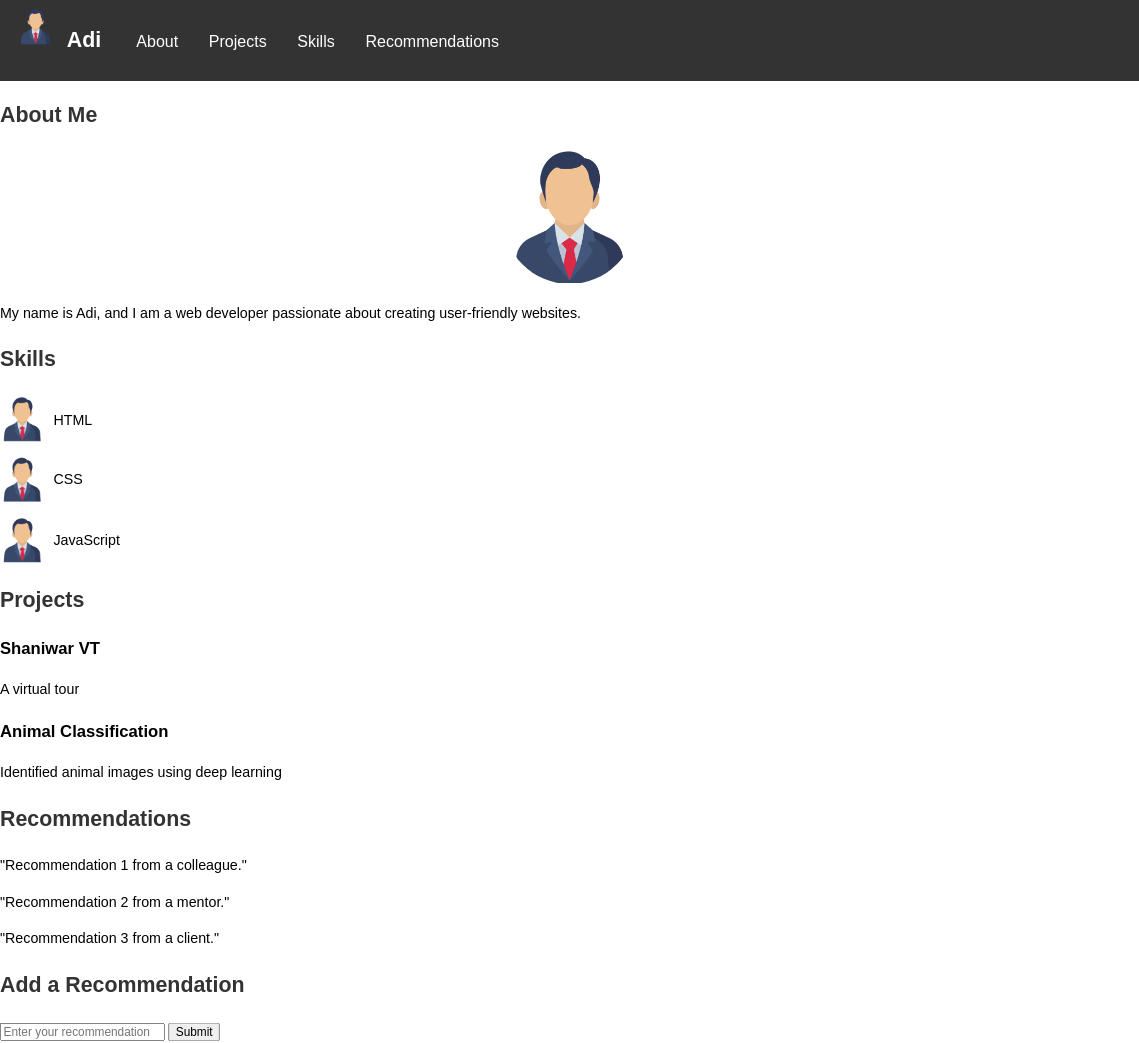
Repository: adityashirsath2003/forkrepo
Page: index.html
The author's editor kept a copy of each file at every save. The page is drawn from the files as they stood at one save, then again after the next save.
The browser window is 1280 px wide. The pictures show the whole page, at 89% of full size.

Above is the page before, as saved 2024-10-23 15:47:59.

### index.html
<!DOCTYPE html>
<html lang="en">
<head>
    <meta charset="UTF-8">
    <meta name="viewport" content="width=device-width, initial-scale=1.0">
    <title>Your Portfolio</title>
    <link rel="stylesheet" href="styles.css">
</head>
<body>
    <header>
        <img src="images/manager.png" alt="Home Icon" class="home-icon">
        <h1 class="name">Adi</h1>
        <nav>
            <ul>
                <li><a href="#about">About</a></li>
                <li><a href="#projects">Projects</a></li>
                <li><a href="#skills">Skills</a></li>
                <li><a href="#recommendations">Recommendations</a></li>
            </ul>
        </nav>
    </header>

    <section id="about">
        <h2>About Me</h2>
        <img src="images/manager.png" alt="Profile Image" class="profile-pic">
        <p>My name is Adi, and I am a web developer passionate about creating user-friendly websites.</p>
    </section>

    <section id="skills">
        <h2>Skills</h2>
        <div class="skill">
            <img src="images/manager.png" alt="HTML Logo" class="skill-logo">
            <p>HTML</p>
        </div>
        <div class="skill">
            <img src="images/manager.png" alt="CSS Logo" class="skill-logo">
            <p>CSS</p>
        </div>
        <div class="skill">
            <img src="images/manager.png" alt="JavaScript Logo" class="skill-logo">
            <p>JavaScript</p>
        </div>
    </section>

    <section id="projects">
        <h2>Projects</h2>
        <div class="project">
            <h3>Shaniwar VT</h3>
            <p>A virtual tour</p>
        </div>
        <div class="project">
            <h3>Animal Classification</h3>
            <p>Identified animal images using deep learning</p>
        </div>
    </section>

    <section id="recommendations">
        <h2>Recommendations</h2>
        <div class="recommendation">
            <p>"Recommendation 1 from a colleague."</p>
        </div>
        <div class="recommendation">
            <p>"Recommendation 2 from a mentor."</p>
        </div>
        <div class="recommendation">
            <p>"Recommendation 3 from a client."</p>
        </div>
    </section>

    <section id="add-recommendation">
        <h2>Add a Recommendation</h2>
        <form id="recommendationForm">
            <input type="text" id="newRecommendation" placeholder="Enter your recommendation" required>
            <button type="submit">Submit</button>
        </form>
    </section>

    <script src="script.js"></script>
</body>
</html>

### styles.css
body {
    font-family: Arial, sans-serif;
    line-height: 1.6;
    margin: 0;
    padding: 0;
}

header {
    background: #333;
    color: #fff;
    padding: 10px 20px;
    position: relative;
}

.name {
    display: inline-block;
    font-size: 24px;
    font-weight: bold;
}

nav {
    display: inline-block;
    margin-left: 20px;
}

nav ul {
    list-style: none;
    padding: 0;
}

nav ul li {
    display: inline;
    margin: 0 15px;
}

nav ul li a {
    color: #fff;
    text-decoration: none;
    font-size: 18px;
}

nav ul li a:hover {
    color: #007BFF;
    text-decoration: underline;
    font-style: italic;
}

.profile-pic {
    width: 150px;
    border-radius: 50%;
    display: block;
    margin: 20px auto;
}

.skill {
    display: flex;
    align-items: center;
    margin: 10px 0;
}

.skill-logo {
    width: 50px;
    margin-right: 10px;
}

.project {
    margin: 10px 0;
}

.recommendation {
    margin: 10px 0;
}

.home-icon {
    width: 40px;
    float: left;
    margin-right: 15px;
}

h2 {
    color: #333;
}

### script.js
document.getElementById('recommendationForm').addEventListener('submit', function(e) {
    e.preventDefault();
    const newRec = document.getElementById('newRecommendation').value;
    if (newRec) {
        const recSection = document.querySelector('#recommendations');
        const newRecElement = document.createElement('div');
        newRecElement.classList.add('recommendation');
        newRecElement.innerHTML = `<p>"${newRec}"</p>`;
        recSection.appendChild(newRecElement);
        document.getElementById('newRecommendation').value = '';
        alert('Recommendation added successfully!');
    }
});

After the next save:
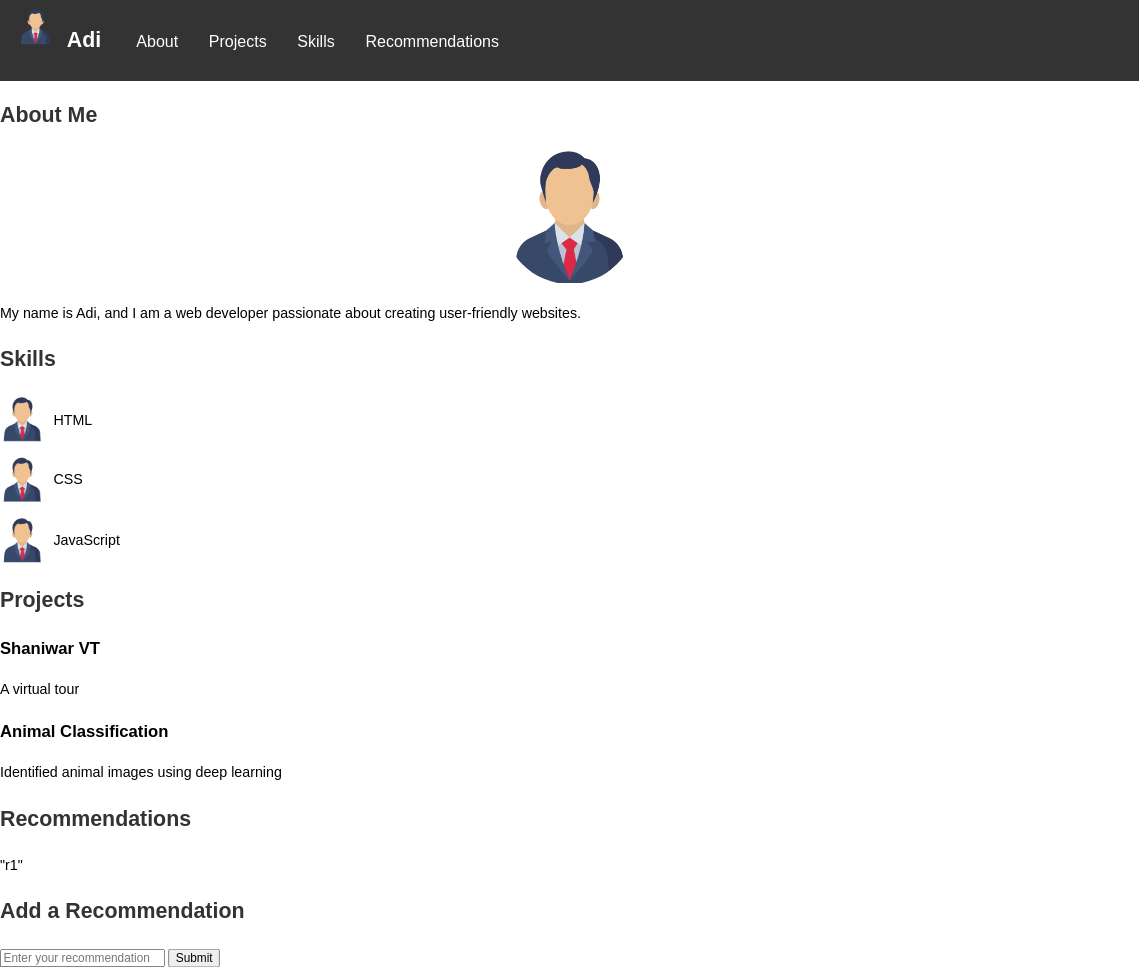
Saved 32 s later.
--- a/index.html
+++ b/index.html
@@ -57,14 +57,9 @@
     <section id="recommendations">
         <h2>Recommendations</h2>
         <div class="recommendation">
-            <p>"Recommendation 1 from a colleague."</p>
+            <p>"r1"</p>
         </div>
-        <div class="recommendation">
-            <p>"Recommendation 2 from a mentor."</p>
-        </div>
-        <div class="recommendation">
-            <p>"Recommendation 3 from a client."</p>
-        </div>
+
     </section>
 
     <section id="add-recommendation">
